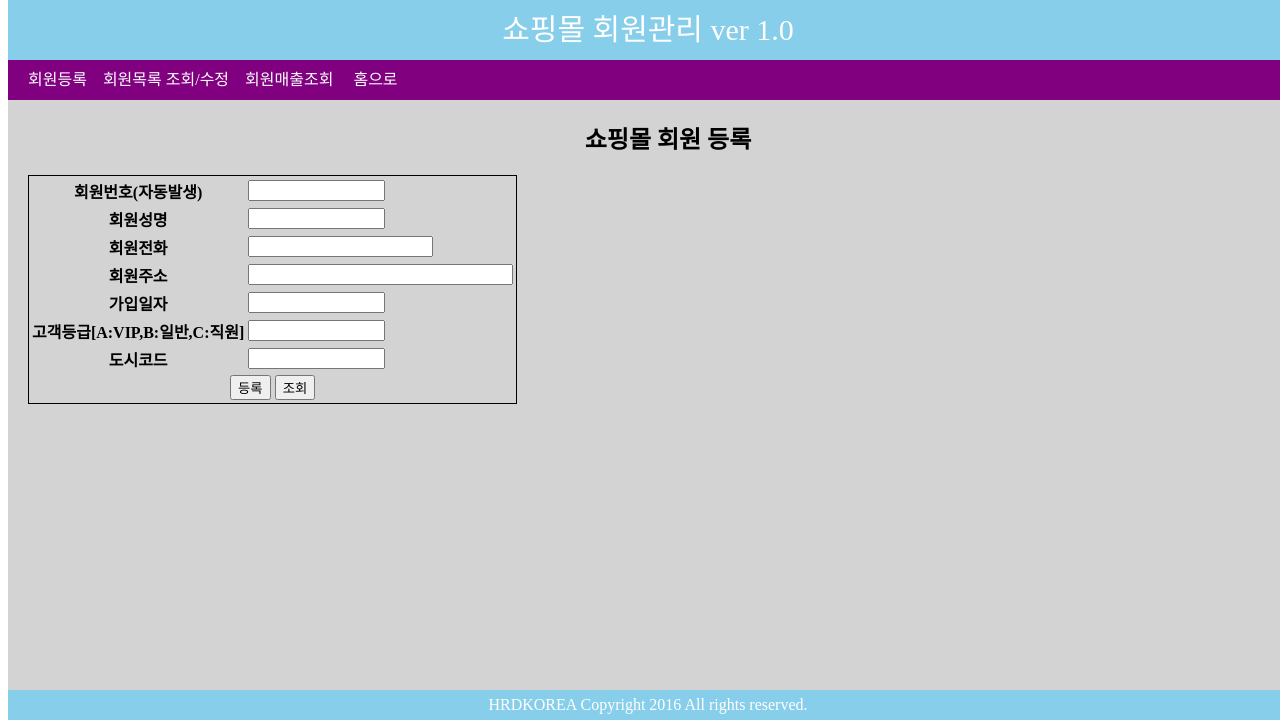
Repository: haileylee94/mini-project
Page: http://localhost/hrd/join.jsp
An editor plug-in stored every save of this project. The page is shown before and after the next save, followed by the edit.
The browser window is 1280 px wide. The pictures show the whole page.
The page is served by Tomcat 9. Other server files are loaded and not shown.

Above is the page before, as saved 2022-11-17 12:31:16.

### hrd/WebContent/join.jsp
<%@ page language="java" contentType="text/html; charset=UTF-8"
    pageEncoding="UTF-8"%>
<!DOCTYPE html>
<html>
<head>
<meta charset="UTF-8">
<title>join</title>
<style>
	table{
		border: 1px solid #000;
	}
</style>
</head>
<body>
	<jsp:include page="header.jsp"/>
		<section style="position: fixed; top: 100px; background-color: lightgray;
	height: 100%; width: 100%; padding-left: 20px;">
		<h1 style="text-align: center;"><b>쇼핑몰 회원 등록</b><br></h1>

		<form method="post" action="join_ok.jsp" onsubmit="return check()">
			<table>
				<tr>
					<th>회원번호(자동발생)</th>
					<td><input name=custno size=14></td>
				</tr>
				<tr>
					<th>회원성명</th>
					<td><input name="custname" size=14></td>
				</tr>
				<tr>
					<th>회원전화</th>
					<td><input name="phone" size=20></td>
				</tr>
				<tr>
					<th>회원주소</th>
					<td><input name="address" size=30></td>
				</tr>
				<tr>
					<th>가입일자</th>
					<td><input name="joindate" size=14></td>
				</tr>
				<tr>
					<th>고객등급[A:VIP,B:일반,C:직원]</th>
					<td><input name="grade" size=14></td>
				</tr>
				<tr>
					<th>도시코드</th>
					<td><input name="city" size=14></td>
				</tr>
				<tr>
					<td colspan="2" style="text-align: center;">
						<input type="submit" value="등록">
						<input type="button" value="조회" onclick="location.href='member.jsp'">
					</td>
				</tr>
			</table>
		</form>
	</section>
	<jsp:include page="footer.jsp"/>
</body>
</html>

### hrd/WebContent/header.jsp
<%@ page language="java" contentType="text/html; charset=UTF-8"
    pageEncoding="UTF-8"%>
<!DOCTYPE html>
<html>
<head>
<meta charset="UTF-8">
<title>header</title>
<style type="text/css">
	header{
		position:fixed;
		top:0px;
		width:100%;
		height: 60px;
		background-color: skyblue;
		color: white;
		text-align: center;
		line-height: 60px;
		font-size: 30px;
	}
	nav{
		position: fixed;
		top: 60px;
		width: 100%;
		height: 40px;
		background-color: purple;
		line-height: 40px;
		padding-left: 20px;
		color: #fff;
	}
</style>
</head>
<body>

	<header>
		쇼핑몰 회원관리 ver 1.0
	</header>

	<nav>
		회원등록 &nbsp;&nbsp;	회원목록 조회/수정 &nbsp;&nbsp;	회원매출조회 &nbsp;&nbsp;&nbsp;	홈으로
	</nav>
</body>
</html>

### hrd/WebContent/footer.jsp
<%@ page language="java" contentType="text/html; charset=UTF-8"
    pageEncoding="UTF-8"%>
<!DOCTYPE html>
<html>
<head>
<meta charset="UTF-8">
<title>footer</title>
<style type="text/css">
	footer{
		position: fixed;
		bottom: 0px;
		background-color: skyblue;
		width: 100%;
		height: 30px;
		color: white;
		text-align: center;
		line-height: 30px;
	}
</style>
</head>
<body>

	<footer>
		HRDKOREA Copyright 2016 All rights reserved.
	</footer>
</body>
</html>

After the next save:
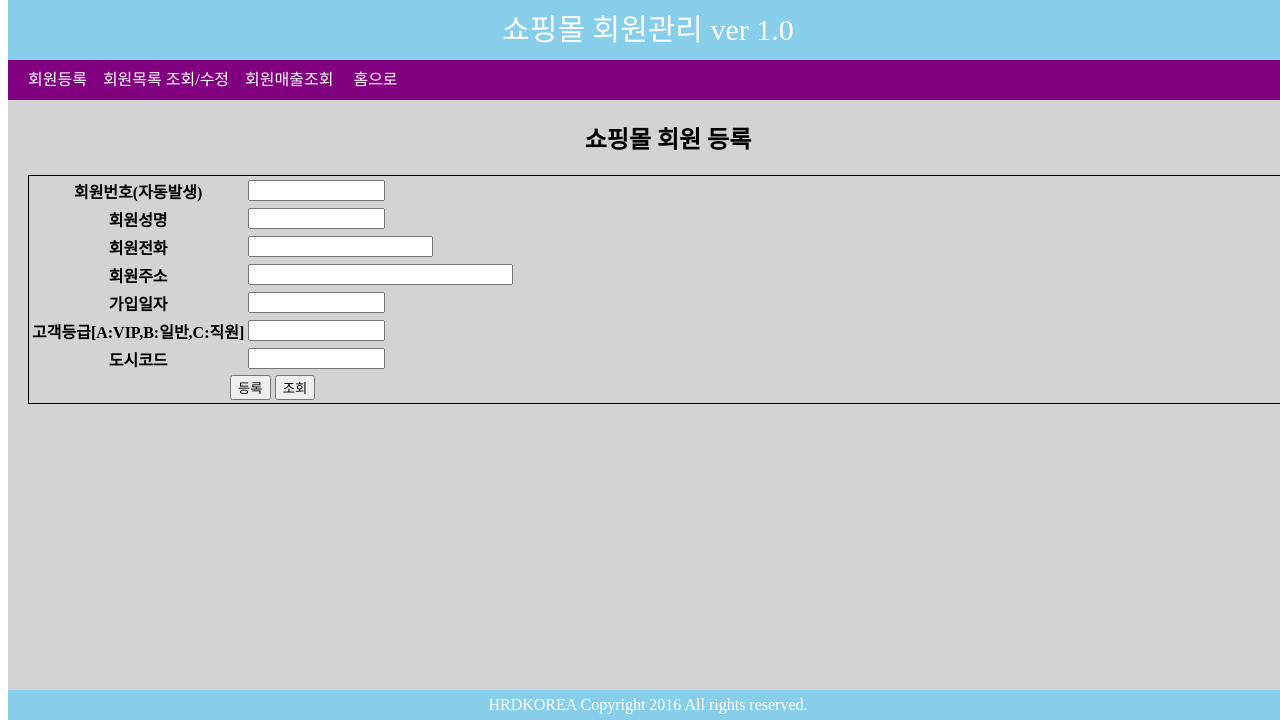
Saved 38 s later.
--- a/hrd/WebContent/join.jsp
+++ b/hrd/WebContent/join.jsp
@@ -6,7 +6,7 @@
 <meta charset="UTF-8">
 <title>join</title>
 <style>
-	table{
+	form{
 		border: 1px solid #000;
 	}
 </style>

After the save that followed:
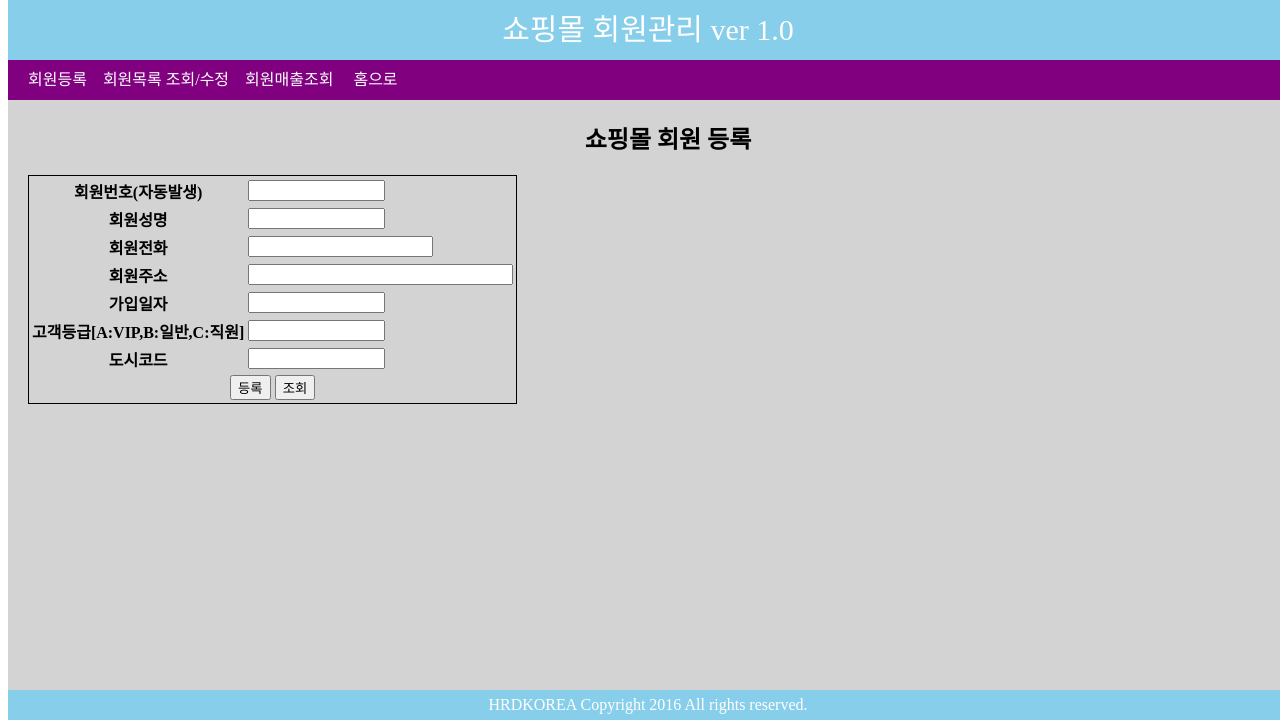
Saved 8 s later.
--- a/hrd/WebContent/join.jsp
+++ b/hrd/WebContent/join.jsp
@@ -6,7 +6,7 @@
 <meta charset="UTF-8">
 <title>join</title>
 <style>
-	form{
+	table{
 		border: 1px solid #000;
 	}
 </style>
